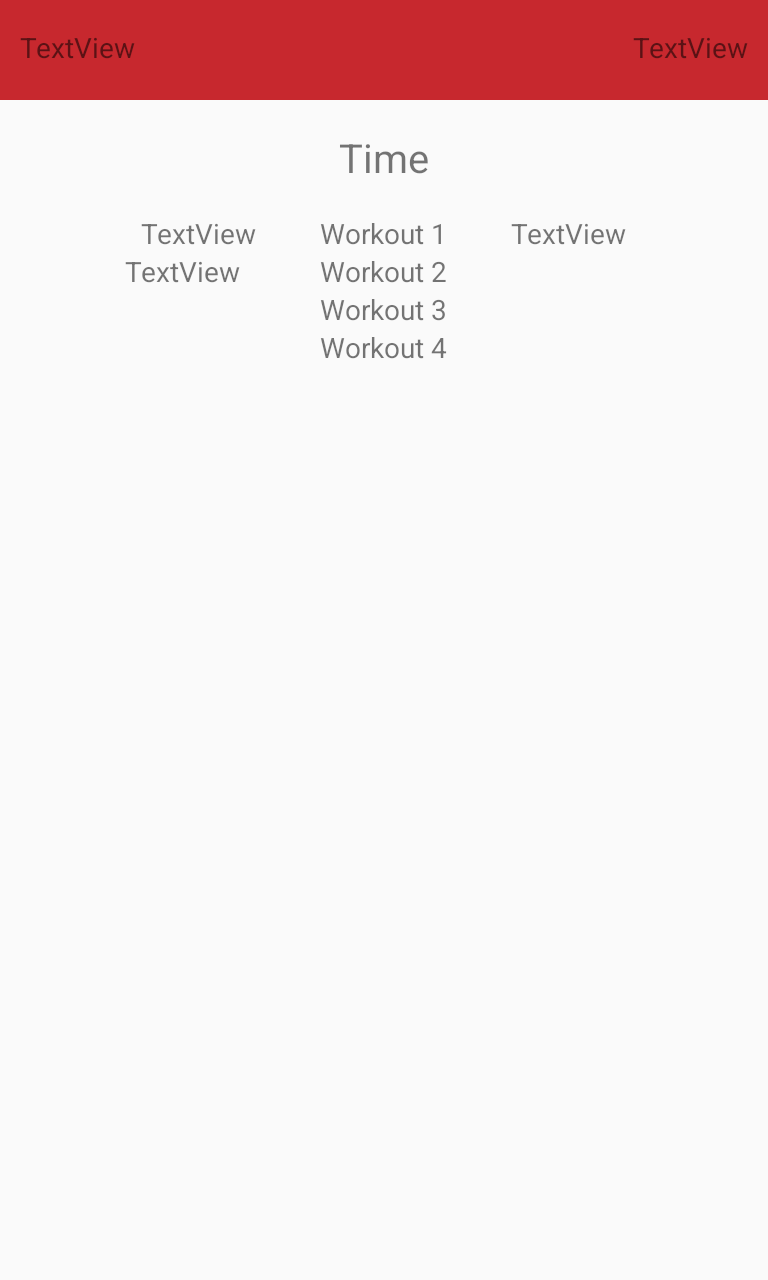
Repository: hackathon-2014/devdroid-repo
Layout: HealthyCompetition/res/layout/battlefield_layout.xml
The author's editor kept a copy of each file at every save. The layout is drawn from the files as they stood at one save, then again after a run of saves.
It is drawn on a 768 x 1280 px phone screen (xhdpi) without system bars, with theme AppTheme; the app's code is not run.

Above is the layout before, as saved 2014-08-23 18:59:47.

### HealthyCompetition/res/layout/battlefield_layout.xml
<?xml version="1.0" encoding="utf-8"?>
<LinearLayout xmlns:android="http://schemas.android.com/apk/res/android"
    android:layout_width="match_parent"
    android:layout_height="match_parent"
    android:orientation="vertical" >

    <RelativeLayout
        android:id="@+id/relative_layout_versus"
        android:layout_width="match_parent"
        android:layout_height="wrap_content" >

        <ImageView
            android:id="@+id/versus_image"
            android:layout_width="match_parent"
            android:layout_height="50dp"
            android:background="@color/light_red" />

        <TextView
            android:id="@+id/time_view"
            android:layout_width="wrap_content"
            android:layout_height="wrap_content"
            android:layout_below="@+id/versus_image"
            android:layout_centerHorizontal="true"
            android:layout_marginTop="15dp"
            android:text="Time"
            android:textSize="20dp" />

        <TextView
            android:id="@+id/player_one_name"
            android:layout_width="wrap_content"
            android:layout_height="wrap_content"
            android:layout_alignParentLeft="true"
            android:layout_alignParentTop="true"
            android:layout_marginLeft="10dp"
            android:layout_marginTop="14dp"
            android:text="TextView" />

        <TextView
            android:id="@+id/player_two_name"
            android:layout_width="wrap_content"
            android:layout_height="wrap_content"
            android:layout_alignBaseline="@+id/player_one_name"
            android:layout_alignBottom="@+id/player_one_name"
            android:layout_alignParentRight="true"
            android:layout_alignParentTop="true"
            android:layout_marginRight="10dp"
            android:text="TextView" />
    </RelativeLayout>

    <RelativeLayout
        android:id="@+id/workout_layout_one"
        android:layout_width="match_parent"
        android:layout_height="wrap_content"
        android:layout_marginTop="15dp"
        android:orientation="vertical" >

        <TextView
            android:id="@+id/workout_one"
            android:layout_width="wrap_content"
            android:layout_height="wrap_content"
            android:layout_centerHorizontal="true"
            android:text="Workout 1" />

        <TextView
            android:id="@+id/textView1"
            android:layout_width="wrap_content"
            android:layout_height="wrap_content"
            android:layout_alignParentTop="true"
            android:layout_marginRight="32dp"
            android:layout_toLeftOf="@+id/workout_one"
            android:text="TextView" />

        <TextView
            android:id="@+id/textView2"
            android:layout_width="wrap_content"
            android:layout_height="wrap_content"
            android:layout_alignParentTop="true"
            android:layout_marginLeft="32dp"
            android:layout_toRightOf="@+id/workout_one"
            android:text="TextView" />

    </RelativeLayout>

    <RelativeLayout
        android:id="@+id/workout_layout_two"
        android:layout_width="match_parent"
        android:layout_height="wrap_content"
        android:orientation="vertical" >

        <TextView
            android:id="@+id/workout_two"
            android:layout_width="wrap_content"
            android:layout_height="wrap_content"
            android:layout_centerHorizontal="true"
            android:text="Workout 2" />

        <TextView
            android:id="@+id/textView3"
            android:layout_width="wrap_content"
            android:layout_height="wrap_content"
            android:layout_alignParentTop="true"
            android:layout_marginRight="40dp"
            android:layout_toLeftOf="@+id/workout_two"
            android:text="TextView" />

    </RelativeLayout>

    <RelativeLayout
        android:id="@+id/workout_layout_three"
        android:layout_width="match_parent"
        android:layout_height="wrap_content"
        android:orientation="vertical" >

        <TextView
            android:id="@+id/workout_three"
            android:layout_width="wrap_content"
            android:layout_height="wrap_content"
            android:layout_centerHorizontal="true"
            android:text="Workout 3" />
    </RelativeLayout>

    <RelativeLayout
        android:id="@+id/workout_layout_four"
        android:layout_width="match_parent"
        android:layout_height="wrap_content"
        android:orientation="vertical" >

        <TextView
            android:id="@+id/workout_four"
            android:layout_width="wrap_content"
            android:layout_height="wrap_content"
            android:layout_centerHorizontal="true"
            android:text="Workout 4" />
    </RelativeLayout>

</LinearLayout>

### HealthyCompetition/res/values/color.xml
<?xml version="1.0" encoding="utf-8"?>
<resources>
    <color name= "light_red">#C7282E</color>
</resources>

Loaded but not shown: HealthyCompetition/res/values/styles.xml (common file); HealthyCompetition/res/values-v11/styles.xml (common file); HealthyCompetition/res/values-v14/styles.xml (common file)

After the next 2 saves:
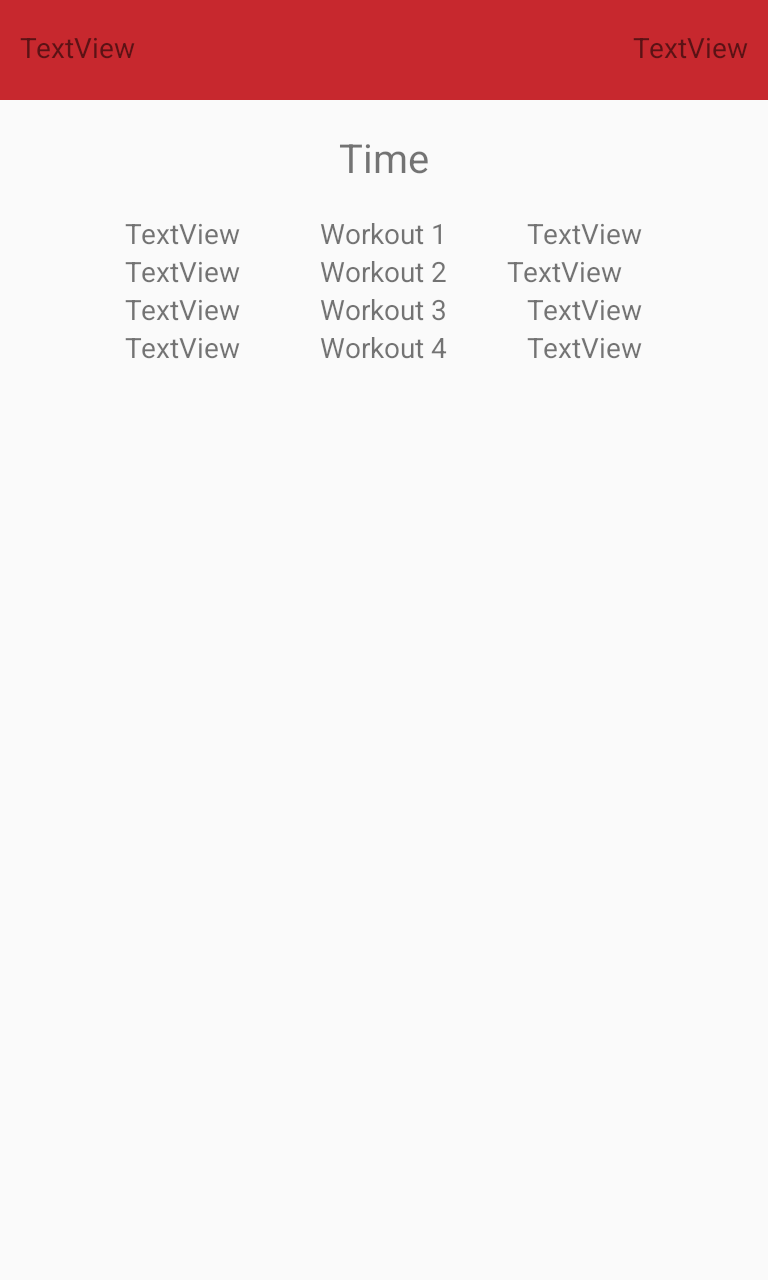
The 2 saves are shown as one change because they came seconds apart.
The last was saved 56 s later.
--- a/HealthyCompetition/res/layout/battlefield_layout.xml
+++ b/HealthyCompetition/res/layout/battlefield_layout.xml
@@ -66,7 +66,7 @@
             android:layout_width="wrap_content"
             android:layout_height="wrap_content"
             android:layout_alignParentTop="true"
-            android:layout_marginRight="32dp"
+            android:layout_marginRight="40dp"
             android:layout_toLeftOf="@+id/workout_one"
             android:text="TextView" />
 
@@ -75,10 +75,9 @@
             android:layout_width="wrap_content"
             android:layout_height="wrap_content"
             android:layout_alignParentTop="true"
-            android:layout_marginLeft="32dp"
+            android:layout_marginLeft="40dp"
             android:layout_toRightOf="@+id/workout_one"
             android:text="TextView" />
-
     </RelativeLayout>
 
     <RelativeLayout
@@ -103,6 +102,14 @@
             android:layout_toLeftOf="@+id/workout_two"
             android:text="TextView" />
 
+        <TextView
+            android:id="@+id/textView4"
+            android:layout_width="wrap_content"
+            android:layout_height="wrap_content"
+            android:layout_alignParentTop="true"
+            android:layout_marginLeft="30dp"
+            android:layout_toRightOf="@+id/workout_two"
+            android:text="TextView" />
     </RelativeLayout>
 
     <RelativeLayout
@@ -117,6 +124,24 @@
             android:layout_height="wrap_content"
             android:layout_centerHorizontal="true"
             android:text="Workout 3" />
+
+        <TextView
+            android:id="@+id/textView5"
+            android:layout_width="wrap_content"
+            android:layout_height="wrap_content"
+            android:layout_alignParentTop="true"
+            android:layout_marginRight="40dp"
+            android:layout_toLeftOf="@+id/workout_three"
+            android:text="TextView" />
+
+        <TextView
+            android:id="@+id/textView6"
+            android:layout_width="wrap_content"
+            android:layout_height="wrap_content"
+            android:layout_alignParentTop="true"
+            android:layout_marginLeft="40dp"
+            android:layout_toRightOf="@+id/workout_three"
+            android:text="TextView" />
     </RelativeLayout>
 
     <RelativeLayout
@@ -131,6 +156,24 @@
             android:layout_height="wrap_content"
             android:layout_centerHorizontal="true"
             android:text="Workout 4" />
+
+        <TextView
+            android:id="@+id/textView7"
+            android:layout_width="wrap_content"
+            android:layout_height="wrap_content"
+            android:layout_alignParentTop="true"
+            android:layout_marginRight="40dp"
+            android:layout_toLeftOf="@+id/workout_four"
+            android:text="TextView" />
+
+        <TextView
+            android:id="@+id/textView8"
+            android:layout_width="wrap_content"
+            android:layout_height="wrap_content"
+            android:layout_alignParentTop="true"
+            android:layout_marginLeft="40dp"
+            android:layout_toRightOf="@+id/workout_four"
+            android:text="TextView" />
     </RelativeLayout>
 
 </LinearLayout>
